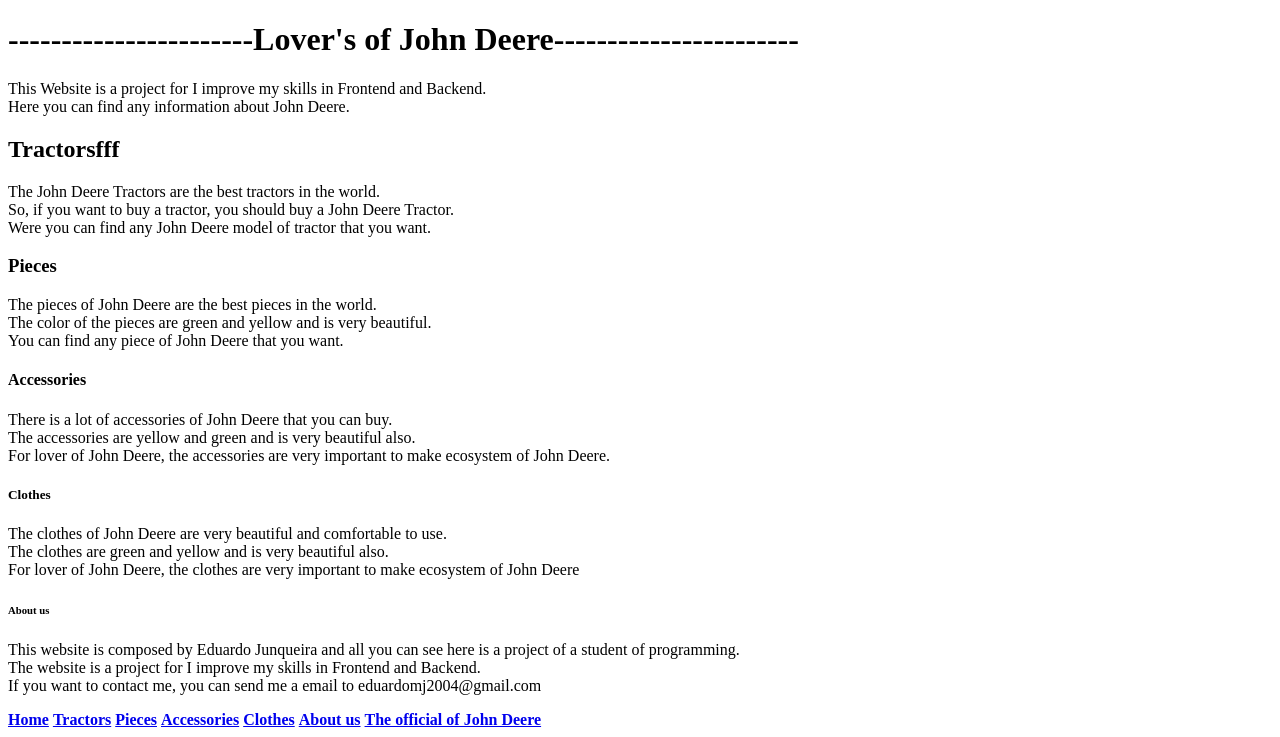
Repository: EduardoJunqueira2004/WEBJohnDeere
Page: index.html
An editor plug-in stored every save of this project. The page is shown before and after a run of saves, followed by the edit.
The browser window is 1280 px wide. The pictures show the whole page.

Above is the page before, as saved 2024-12-05 11:39:31.

After the next 4 saves:
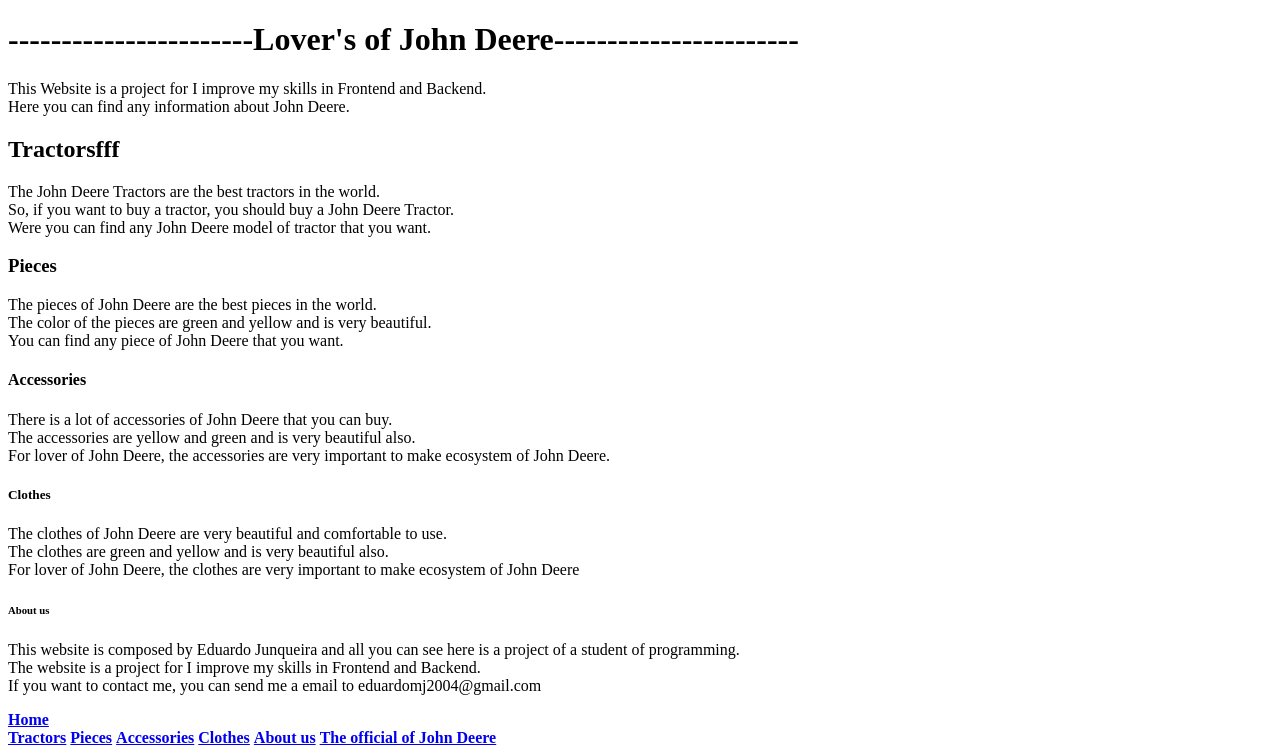
The 4 saves are shown as one change because they came seconds apart.
The last was saved 45 s later.
--- a/index.html
+++ b/index.html
@@ -49,7 +49,7 @@
     </p>
     <!--Final of the page-->
     <footer>
-        <a href="index.html"><strong>Home</strong></a>
+        <a href="index.html"><strong>Home</strong></a><br>
         <a href="tractors.html"><strong>Tractors</strong></a>
         <a href="pieces.html"><strong>Pieces</strong></a>
         <a href="accessories.html"><strong>Accessories</strong></a>

After the save that followed:
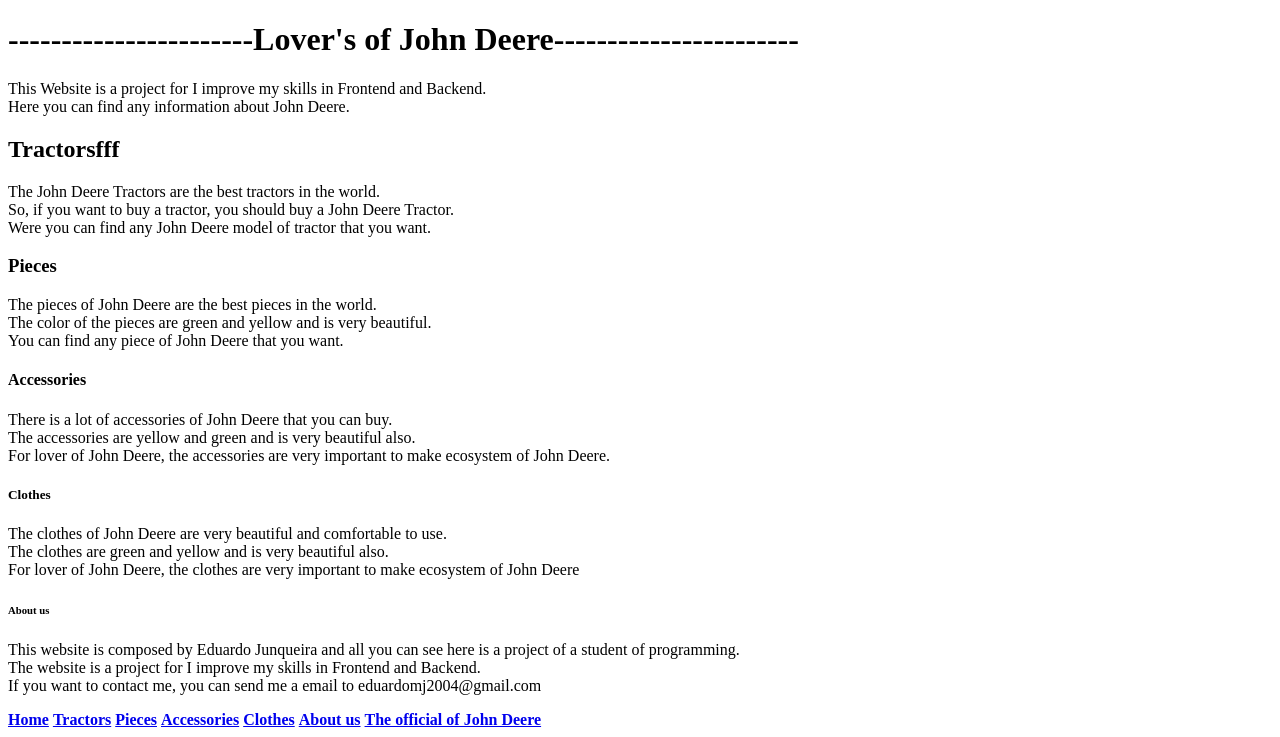
Saved 6 s later.
--- a/index.html
+++ b/index.html
@@ -49,7 +49,7 @@
     </p>
     <!--Final of the page-->
     <footer>
-        <a href="index.html"><strong>Home</strong></a><br>
+        <a href="index.html"><strong>Home</strong></a>
         <a href="tractors.html"><strong>Tractors</strong></a>
         <a href="pieces.html"><strong>Pieces</strong></a>
         <a href="accessories.html"><strong>Accessories</strong></a>
